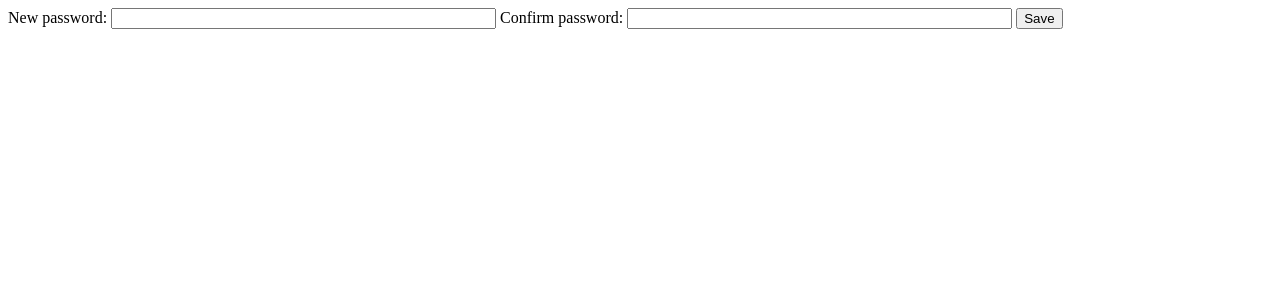
Repository: aforaswin/car-rental
Page: http://localhost/Car_Rental/change
An editor plug-in stored every save of this project. The page is shown before and after the next save, followed by the edit.
The browser window is 1280 px wide. The pictures show the whole page.
The page is served by Tomcat 9. Other server files are loaded and not shown.

Above is the page before, as saved 2017-09-19 04:50:47.

### Car Rental/WebContent/Change.jsp
<%@ page language="java" contentType="text/html; charset=ISO-8859-1"
    pageEncoding="ISO-8859-1"%>
<!DOCTYPE html>
<html>
<head>
<meta http-equiv="Content-Type" content="text/html; charset=ISO-8859-1">
<title>Insert title here</title>
</head>
<body>

 <tr>
            <th>New password:</th>
            <td>
            <input type="password" name="password" size="45"
                             required id="password"
                    />
               </td>
               </tr>

           <tr>
           <th>Confirm password:</th>
           <td>
           <input name="password_confirm" required type="password" id="password_confirm" oninput="check(this)" size="45" />
           <script language='javascript' type='text/javascript'>
       function check(input) {
        if (input.value != document.getElementById('password').value) {
            input.setCustomValidity('Password Must be Matching.');
        } else {
            // input is valid -- reset the error message
            input.setCustomValidity('');
        }
    }
</script>

        <tr>
                <td colspan="2" align="center">
                    <input type="submit" value="Save" />
                </td>
            </tr>
        </table>
        </form>
    </div>
    <br>
  <%
int timeout = session.getMaxInactiveInterval();
response.setHeader("Refresh", timeout + "; URL = loginRedirect.jsp");
%>
</body>
</html>

After the next save:
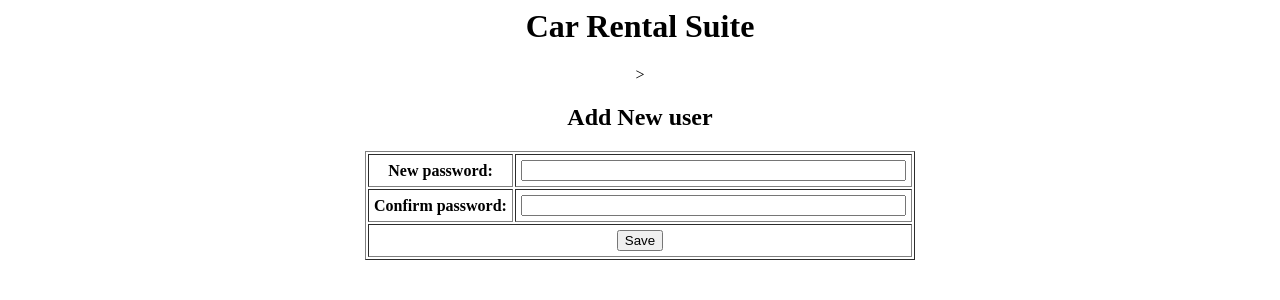
Saved 28 s later.
--- a/Car Rental/WebContent/Change.jsp
+++ b/Car Rental/WebContent/Change.jsp
@@ -1,13 +1,27 @@
-<%@ page language="java" contentType="text/html; charset=ISO-8859-1"
-    pageEncoding="ISO-8859-1"%>
-<!DOCTYPE html>
+<%@ page language="java" contentType="text/html; charset=UTF-8"
+    pageEncoding="UTF-8"%>
+<%@ taglib uri="http://java.sun.com/jsp/jstl/core" prefix="c" %>
 <html>
 <head>
-<meta http-equiv="Content-Type" content="text/html; charset=ISO-8859-1">
-<title>Insert title here</title>
+    <title>Car Database</title>
 </head>
 <body>
+    <center>
+        <h1>Car Rental Suite</h1>
 
+    </center>
+<div align="center">>
+
+            <form action="insertUser" method="post">
+
+        <table border="1" cellpadding="5">
+            <caption>
+                <h2>
+
+                        Add New user
+
+                </h2>
+            </caption>
  <tr>
             <th>New password:</th>
             <td>
